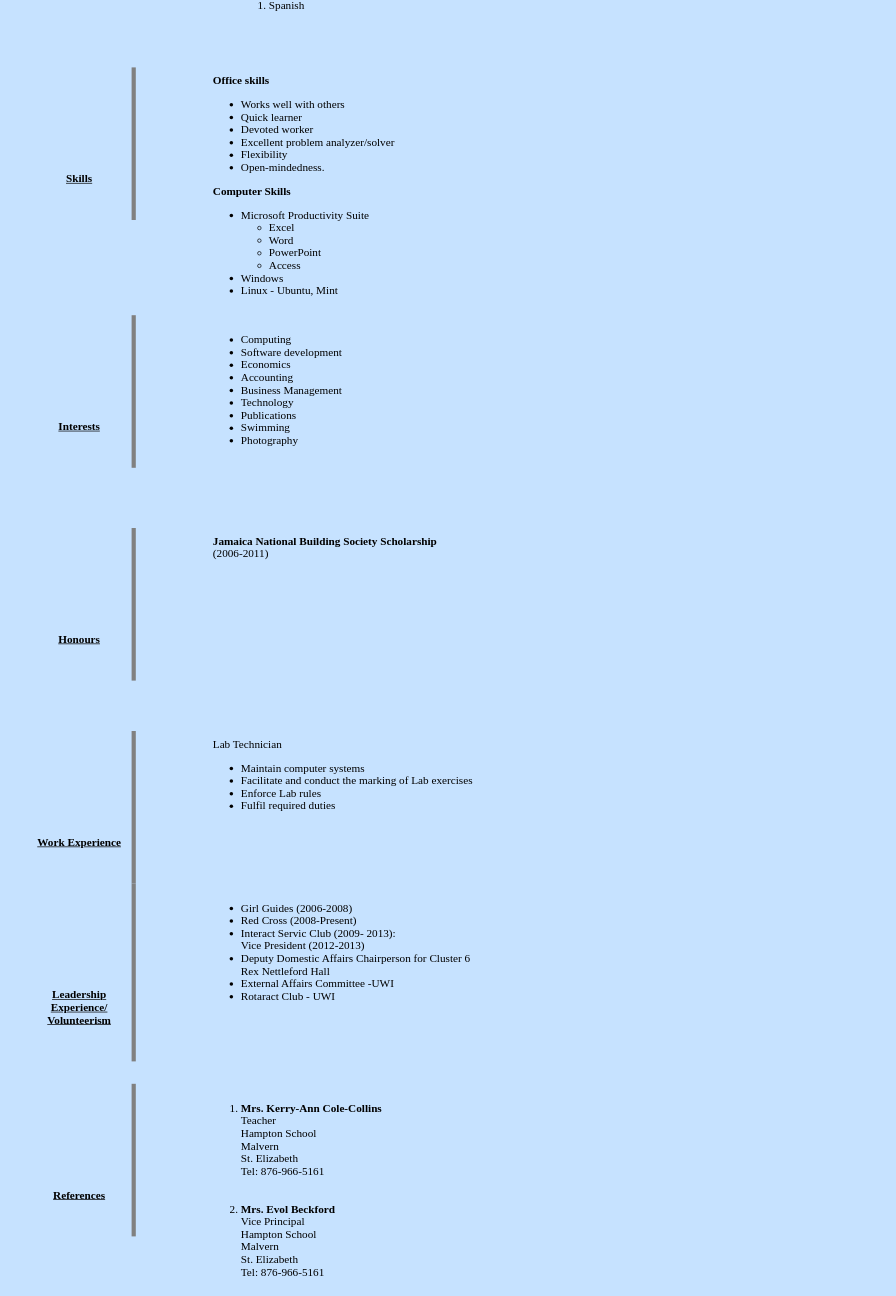
Repository: kernicole/kernicole.github.io
Page: resume2.html
The author's editor kept a record of every edit. The page is drawn from the files as they stood at one moment, then again after the next edit.
The browser window is 1280 px wide. The pictures show the part of the page from y = 966 to 2886 px (the page is 2818 px tall before and 2886 px after), at 70% of full size.

Above is the page before.

### resume2.html
<!DOCTYPE html>

<html>

<head>

   <link type="text/css" rel="stylesheet" href="stylesheet.css"/>

  <title>

      Kerry-Ann's Resume

 </title>

</head>

 <body>

 <div id="header">
 <h2> Kerry-Ann Lewis </h2>
 </div>
    <div id="pic">  <img src="gradpic3.JPG"/> </div>
    <div id ="details">
    <p><strong>Cell:5689836</strong> <br/>

    <strong>Email:</strong> kerry.nicole.lewis@gmail.com </p>
    <p>  I am a second year student at the University of the West Indies,
     Mona Campus, pursuing a Bachelors of Science degree in
     Computer Science with a minor in Economics. I am a fast learner
     as I am eager to learn and work. I am a polite, hardworking,
     focused mature and disciplined individual who strives for success.
     I would like to become a systems analyst/software programmer
     as I have a passion for finding and providing a solution to any given problem.
     <br/>
     <br/>
         <span class="head2"> Objectives:</span>
         To gain knowledge, experience, and understanding of different fields of work.
         To become aware of different modes of work operations
         to help in pursuing a successful career as a systems analyst, software developer,
         economist and entrepreneur.
     </p> </div>


<div class="left">  <span class="head"> Education </span> </div>
<div class="right">
   <strong> University of the West Indies, Mona </strong>  (2013- Present)
       <p><strong> Major: </strong> Computer Science<br>
       <strong> Minor: </strong> Economics </p>
       <br>


       <p> <strong> Hampton School for Girls, St. Elizabeth</strong>  (2006-2013) </p>
       <p><strong> Associate Degree in General Science </strong> <br>
        <ul>
         <li> Four(4) CAPE distinctions- <ol><li>Communication Studies</li>
        			            <li>Information Technology Unit 1 </li>
        			           <li>Economics  Unit 1 </li>
        			            <li>Economics Unit 2 </li> </ol> </li>
             <li>  Four(4) CAPE credits- <ol> <li>Caribbean Studies </li>
                                                <li> Information Technology Unit 2 </li>
                                                <li>  Physics Unit 1 </li>
                                                <li> Physics Unit 2  </li>
                                                </ol> </li>
 			<li>Six (6) CXC distinctions-<ol> <li>Mathematics </li>
 			                          <li> English </li>
                                      <li>Biology </li>
                                      <li>Information Technology </li>
                                      <li>Physics</li>
                                    <li>Principles of Accounts </li> </ol> </li>
            <li> One(1) CXC credit- <ol><li> Economics </li> </ol> </li>
		   <li> One(1) CXC pass-<ol><li>Spanish </li></ol> </li>

        </ul>
        <br/>
        <br/>
        <br/>
</div>

<div class="left">
<span class="head"> Skills       </span>
</div>

<div class="right"> <span class="head2">  Office skills </span>
<ul>
      <li>Works well with others </li>
      <li>Quick learner</li>
      <li>Devoted worker</li>
      <li>Excellent problem analyzer/solver</li>
      <li>Flexibility</li>
      <li>Open-mindedness. </li>
          </ul>
       <span class="head2">Computer Skills</span>
          <ul>
          <li>Microsoft Productivity Suite
               <ul>
               <li> Excel </li>
               <li>Word </li>
               <li>PowerPoint</li>
               <li>Access </li>
               </ul> </li>
          <li>Windows</li>
          <li>Linux - Ubuntu, Mint</li>
          </ul>
      </div>


<div>
<div class="left"> <span class="head"> Interests </span></div>

<div class="right"> <ul> <li>Computing</li>
                     <li>Software development</li>
                     <li>Economics</li>
                    <li>Accounting </li>
                    <li>Business Management</li>
                    <li>Technology</li>
                    <li>Publications</li>
                     <li>Swimming </li>
                    <li>Photography </li>
                    </ul>
                    <br/>
                    <br/>
                    <br/><br/><br/>
 </div>   </div>
<div>

<div class="left"> <span class="head"> Honours </span> </div>
<div class="right">  <strong> Jamaica National Building Society Scholarship </strong>
                                            <br/>  (2006-2011)
                                            <br/>
                                            <br/>
                                            <br/>
                                            <br/>
                                            <br/>
                                            <br/>
                                            <br/>
                                            <br/>
                                            <Br/>
                                            <br/>
                                            <br/>
                                            <br/>
                                            <br/>
                                            <br/>

</div >

<div class="left"> <span class="head"> Work Experience </span> </div>
<div class="right"> Lab Technician
                      <ul> <li>Maintain computer systems</li>
                          <li> Facilitate and conduct the marking of Lab exercises </li>
                          <li> Enforce Lab rules</li>
                          <li> Fulfil required duties</li>
                      </ul></div>
<div class="left"> <span class="head"> Leadership Experience/<br/>Volunteerism </span> </div>
<div class="right"> <ul>
                     <li>Girl Guides (2006-2008)</li>
                         <li> Red Cross (2008-Present) </li>
                         <li> Interact Servic Club (2009- 2013): <br />
                              Vice President (2012-2013)</li>
                        <li> Deputy Domestic Affairs Chairperson for Cluster 6 <br /> Rex Nettleford Hall</li>
                        <li>External Affairs Committee -UWI </li>
                        <li> Rotaract Club - UWI </li></ul>  <br/>
                                            <br/>
                                            <br/>
                                            <Br/>

                                            <br/></div>

<div class="left"> <span class="head"> References </span></div>
<div class="right"> <ol> <li> <span class="ref">Mrs. Kerry-Ann Cole-Collins  </span>
                      <br/> Teacher
                      <br/> Hampton School
                      <br/> Malvern
                      <br/> St. Elizabeth
                      <br/> Tel: 876-966-5161
                      </li>
                      <br/>
                      <br/>
                      <li> <span class="ref"> Mrs. Evol Beckford </span>
                      <br/> Vice Principal
                      <br/> Hampton School
                      <br/> Malvern
                      <br/> St. Elizabeth
                      <br/> Tel: 876-966-5161
                      </li>
</ol> </div>


</body>

</html>

### stylesheet.css
body {
    background-color:#c6e2ff;
}

img{
    height:200px;

}

.head{
    text-decoration:underline;
    font-weight: bold;
}

.right{

    float: left;
	height: auto;
	width:auto;
	margin-left: 10px;
	padding-top:10px;
	padding-bottom:10px;

}

.left{
    clear:left;
	float: left;
	width:150px;
	margin-right:100px;
	margin-left:30px;
	 text-align: center;
	 padding-top:150px;
	 border-right: 6px solid gray;
	 padding-bottom:50px;

}
#breakline {
    width:900px;
    height:10px;
}

.header{
    float:left;
	margin-bottom:12px;
}

#details{
    border-top:3px solid gray;
    clear:left;
	height:auto;
	width:400px;
}
#pic{
    position:absolute;
	margin-left:500px;
}

.head2{
    font-weight:bold;
}

.ref{
	font-weight:bold;
}
#ref li{
	margin-bottom:30px;
}

After the next edit:
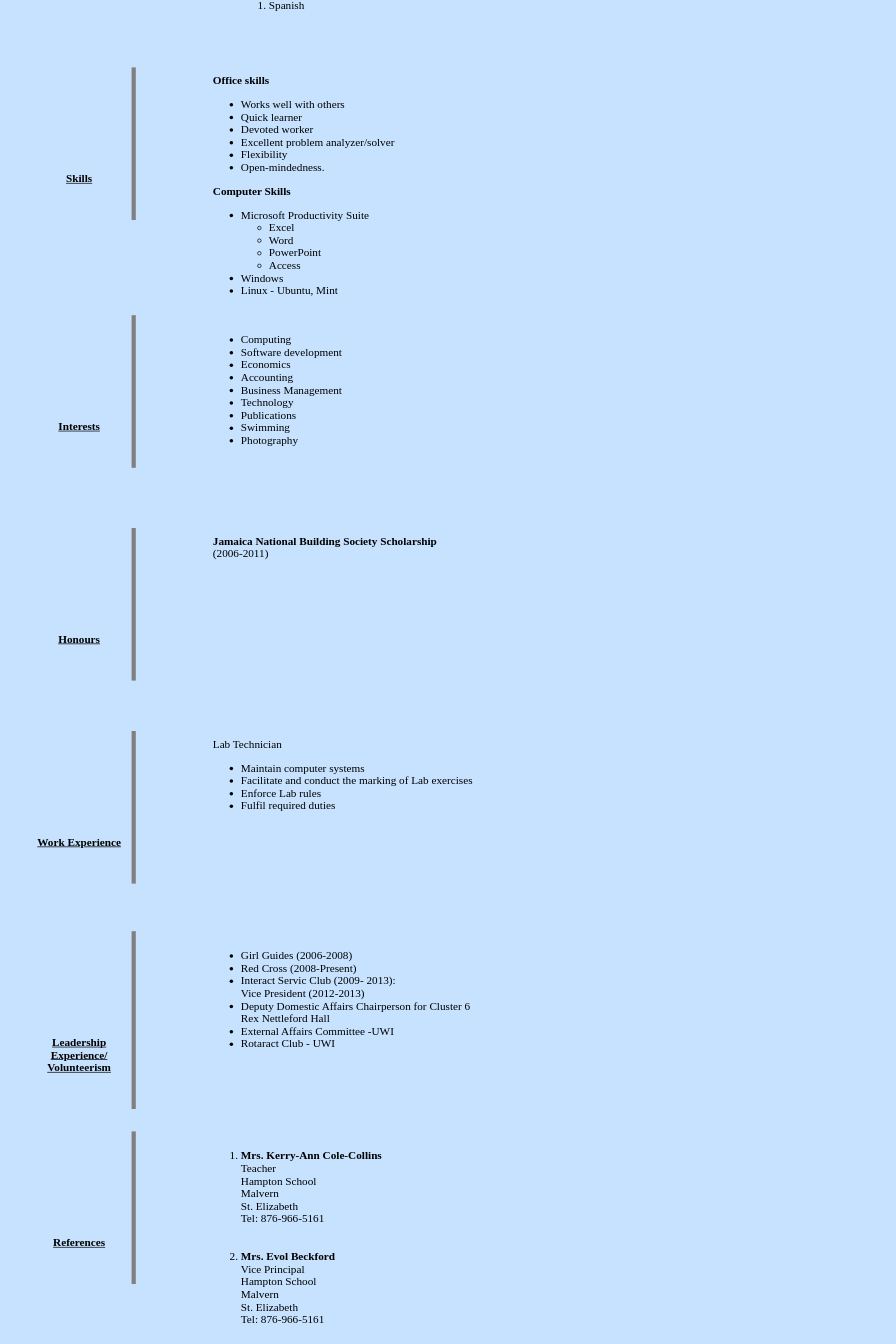
The edit:
--- a/resume2.html
+++ b/resume2.html
@@ -149,7 +149,17 @@
                           <li> Facilitate and conduct the marking of Lab exercises </li>
                           <li> Enforce Lab rules</li>
                           <li> Fulfil required duties</li>
-                      </ul></div>
+                      </ul>
+                           <br/>
+                                            <br/>
+                                            <br/>
+                                            <Br/>
+                                            <br/>
+                                            <br/>
+                                            <br/>
+                                            <br/>
+                      </div>
+
 <div class="left"> <span class="head"> Leadership Experience/<br/>Volunteerism </span> </div>
 <div class="right"> <ul>
                      <li>Girl Guides (2006-2008)</li>
